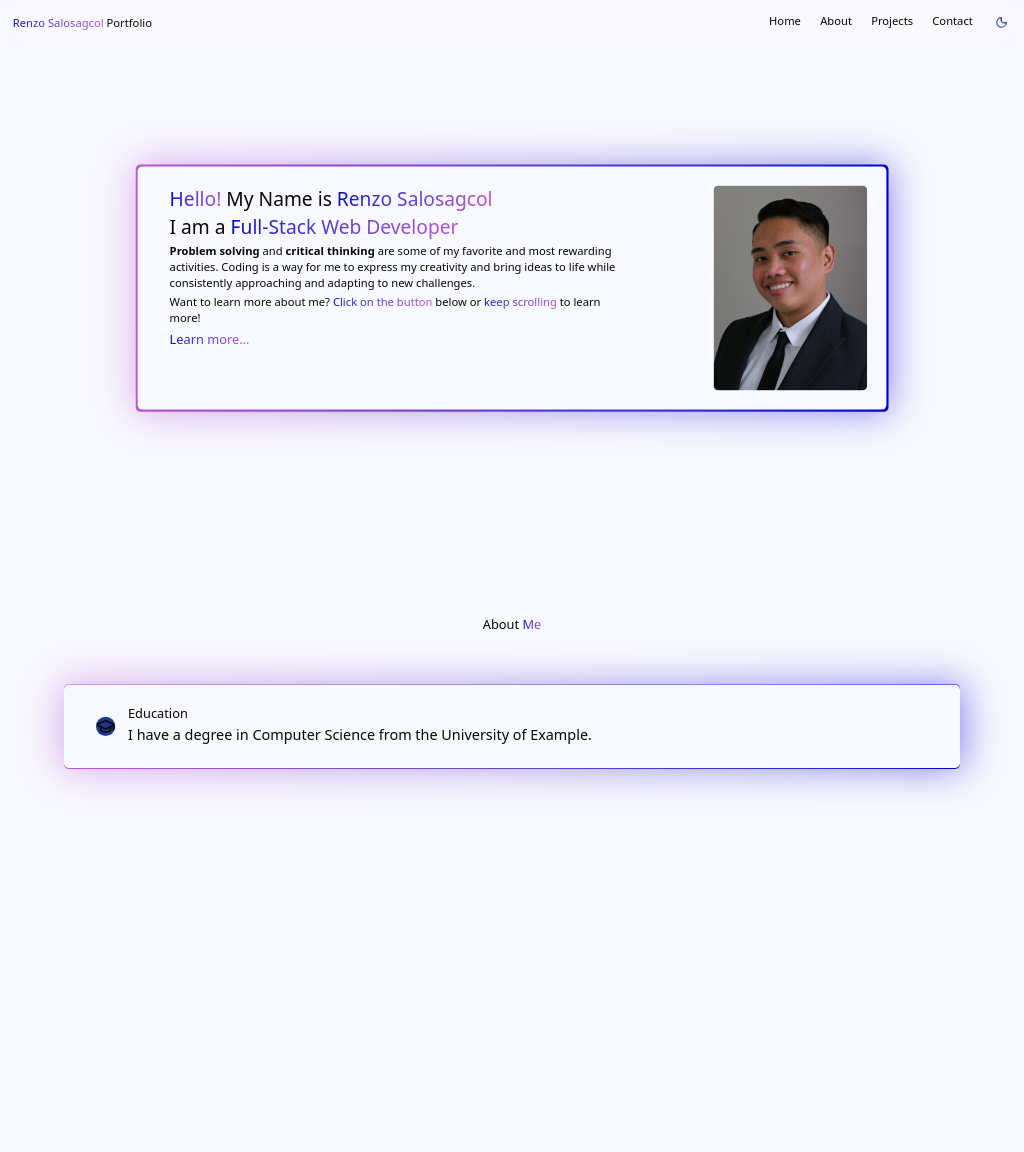
Repository: Renzo-Salosagcol/Updated_Personal_Portfolio
Page: /
These files come from the project's save history. The page is drawn as it stood at one moment and after the next save; the edit follows.
The browser window is 1280 px wide. The pictures show the whole page, at 80% of full size.
The project was rebuilt for these pictures with package versions that can differ from the ones it lists, and the page was loaded fresh each time. Also part of the build but not shown: vite.config.js, src/pages/NotFound.jsx.

Above is the page before, as saved 2025-10-10 12:45:36.

After the next save:
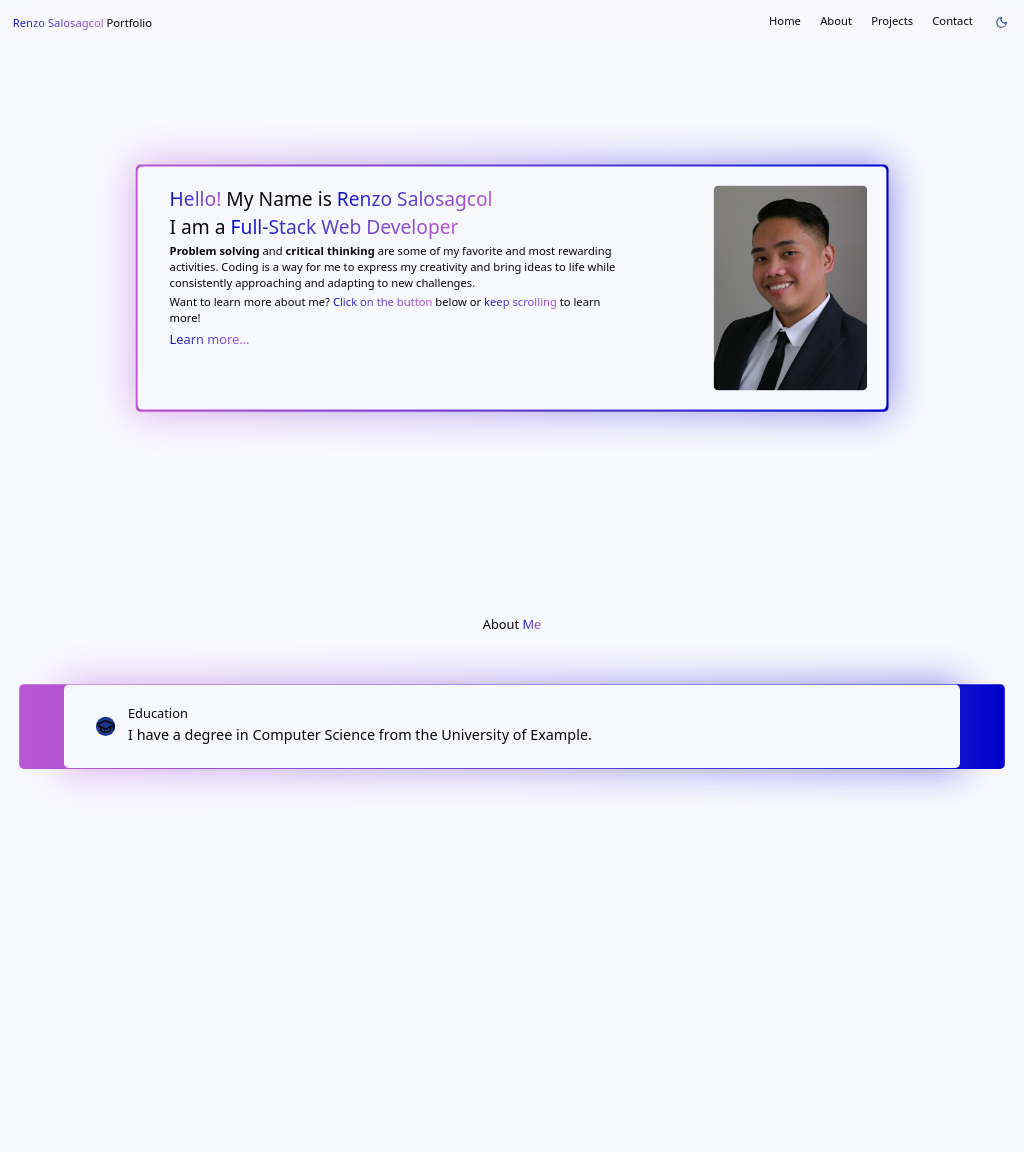
Saved 8 s later.
--- a/src/components/About.jsx
+++ b/src/components/About.jsx
@@ -17,7 +17,7 @@
       </div>
       <div className=" mx-auto max-w-6xl rounded-lg p-4 grid-cols-1 gap-6">
         {experiences.map((experience, index) => (
-          <div className="z-0 relative gradient-border after:w-full">
+          <div className="z-0 relative gradient-border after:w-[110%]">
             <div className="w-full h-full relative container flex flex-cols md:flex-rows rounded-md p-6 bg-background">
               <div className="p-4">
                 <experience.icon className="w-full h-full rounded-full bg-blue-900" />

After the save that followed:
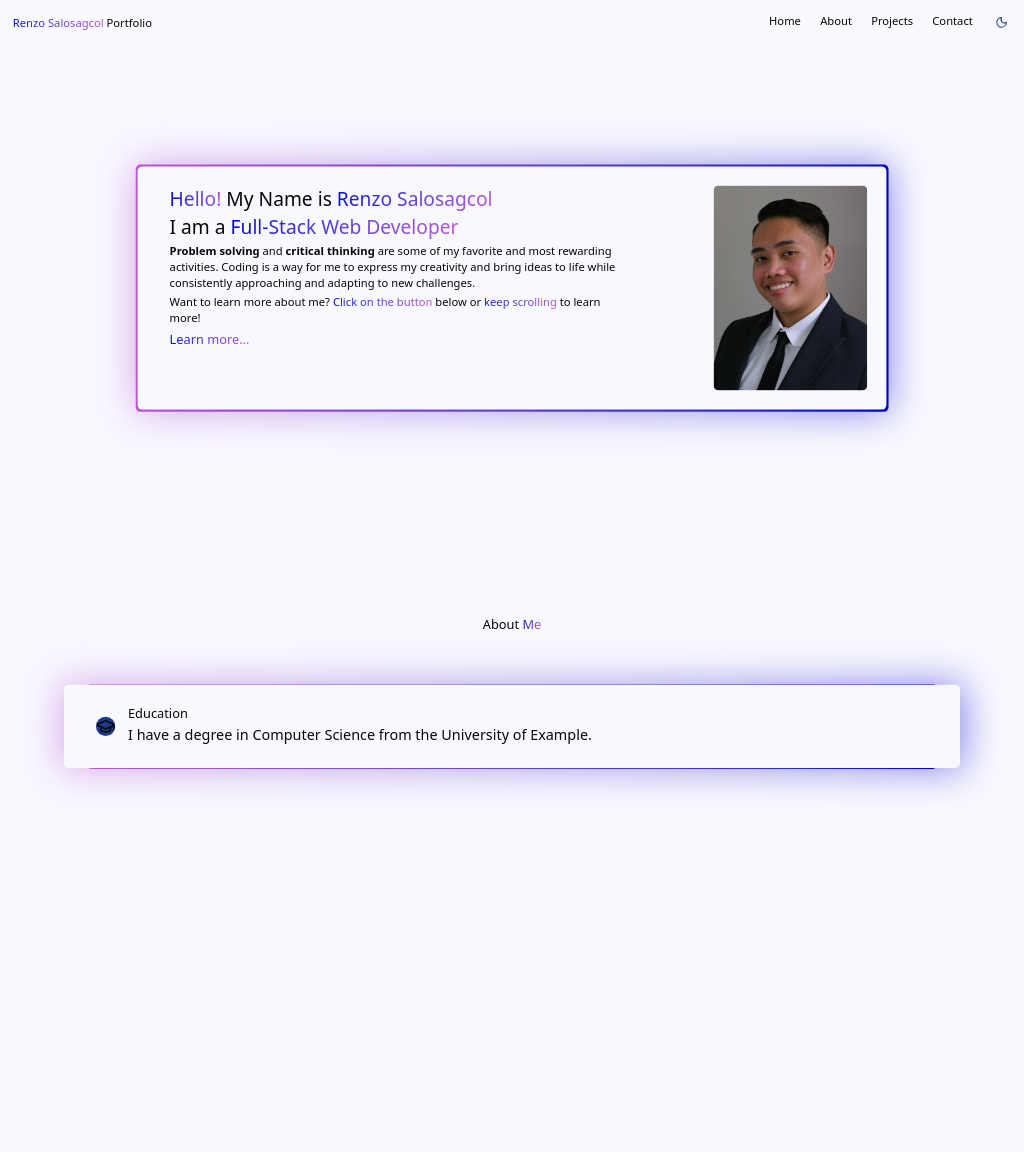
Saved 8 s later.
--- a/src/components/About.jsx
+++ b/src/components/About.jsx
@@ -17,7 +17,7 @@
       </div>
       <div className=" mx-auto max-w-6xl rounded-lg p-4 grid-cols-1 gap-6">
         {experiences.map((experience, index) => (
-          <div className="z-0 relative gradient-border after:w-[110%]">
+          <div className="z-0 relative gradient-border after:w-[95%]">
             <div className="w-full h-full relative container flex flex-cols md:flex-rows rounded-md p-6 bg-background">
               <div className="p-4">
                 <experience.icon className="w-full h-full rounded-full bg-blue-900" />
